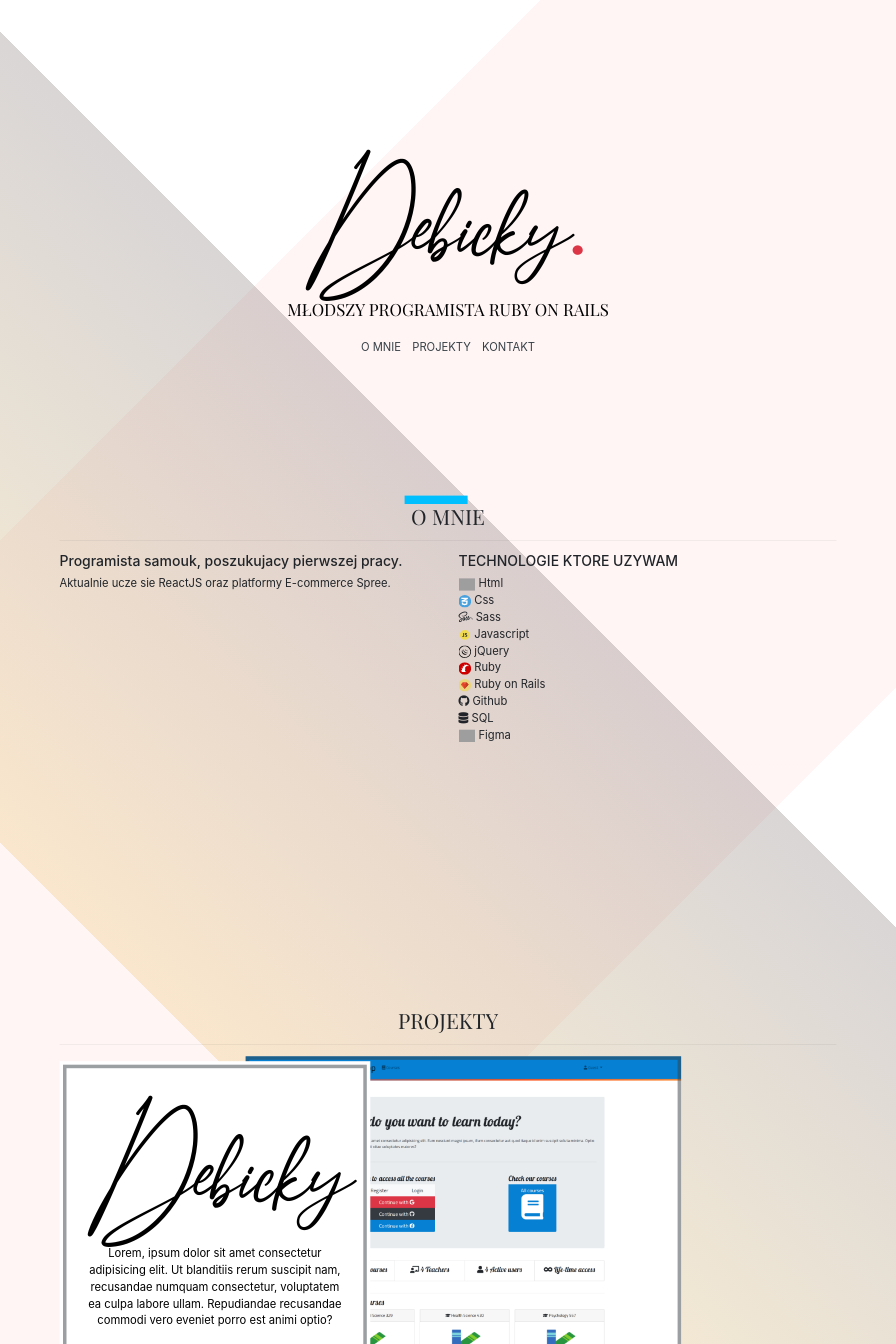
Repository: debicky/debicky.github.io
Page: index.html
The author's editor kept a copy of each file at every save. The page is drawn from the files as they stood at one save, then again after the next save.
The browser window is 1280 px wide. The pictures show the part of the page from y = 0 to 1920 px (the page is 4239 px tall), at 70% of full size.
Pictures or frames that could not be fetched are drawn as grey boxes. Some web libraries are served in a nearby version.

Above is the page before, as saved 2020-06-14 12:40:49.

### index.html
<!DOCTYPE html>
<html lang="en">
<head>
  <meta charset="UTF-8">
  <meta name="viewport" content="width=device-width, initial-scale=1.0">
  <title>Debicky</title>
  <link rel="stylesheet" href="https://stackpath.bootstrapcdn.com/bootstrap/4.5.0/css/bootstrap.min.css" integrity="sha384-9aIt2nRpC12Uk9gS9baDl411NQApFmC26EwAOH8WgZl5MYYxFfc+NcPb1dKGj7Sk" crossorigin="anonymous">
  <link rel="stylesheet" href="https://cdnjs.cloudflare.com/ajax/libs/font-awesome/5.11.2/css/all.min.css">
  <link rel="stylesheet" href="styles.css">
</head>
<body>


  <header>
    <a href="index.html">
      <div class="signature">
        <h5 class="signature-heading ">Debicky<span class="text-danger font-weight-bolder">.</span></h5>
        <h3 class="signature-subheading">Młodszy Programista Ruby on Rails</h3>
      </div>
    </a>

    <div class="container">
      <nav class="navbar navbar-expand-md p-0 rounded">
        <button class="navbar-toggler" type="button" data-toggle="collapse" data-target="#navbarSupportedContent" aria-controls="navbarSupportedContent" aria-expanded="false" aria-label="Toggle navigation">
          <i class="fas fa-bars"></i>
          <i class="fas fa-times"></i>
        </button>

        <div class="collapse navbar-collapse d-md-flex justify-content-center" id="navbarSupportedContent">
          <ul class="navbar-nav">
            <li class="nav-item">
              <a class="nav-link" href="#">O mnie</a>
            </li>
            <li class="nav-item">
              <a class="nav-link" href="#">Projekty</a>
            </li>
            <li class="nav-item">
              <a class="nav-link" href="#">Kontakt</a>
            </li>
          </ul>
        </div>
      </nav>
    </div>
  </header>

  <section class="about" id="about">
    <div class="container">
      <h1 class="text-center"><span>o mnie</span></h1>
      <hr>

      <div class="row">
        <div class="col-12 col-md-6 col-lg-6 mb-5 mb-md-0">
          <h5>
            Programista samouk, poszukujacy pierwszej pracy.
          </h5>
          Aktualnie ucze sie ReactJS oraz platformy E-commerce Spree.
        </div>
        <div class="col-12 col-md-6 col-lg-6 mb-5 mb-md-0">
          <h5 class="text-uppercase">Technologie ktore uzywam</h5>
            <ul class="list-unstyled">
              <li>
                <img src="/images/icons/html.svg" alt=""> Html
              </li>
              <li>
                <img src="/images/icons/css.svg" alt=""> Css
              </li>
              <li>
                <i class="fab fa-sass"></i> Sass
              </li>
              <li>
                <img src="/images/icons/js.svg" alt=""> Javascript
              </li>
              <li>
                <img src="/images/icons/jquery.svg" alt=""> jQuery
              </li>
              <li>
                <img src="/images/icons/ror.svg" alt=""> Ruby
              </li>
              <li>
                <img src="/images/icons/ruby.svg" alt=""> Ruby on Rails
              </li>
              <li>
                <i class="fab fa-github"></i> Github
              </li>
              <li>
                <i class="fas fa-database"></i> SQL
              </li>
              <li>
                <img src="/images/icons/figma.svg" alt=""> Figma
              </li>

            </ul>
        </div>
        </div>
      </div>

    </div>
  </section>




  <section class="projects" id="projects">
    <div class="container">
      <h1 class="text-center">Projekty</h1>
      <hr>

      <div class="project-1">
        <div class="about-content">
          <div class="about-description">
            <div class="signature">
              <h5 class="signature-heading">Debicky</h5>
              <p>Lorem, ipsum dolor sit amet consectetur adipisicing elit. Ut blanditiis rerum suscipit nam, recusandae numquam consectetur, voluptatem ea culpa labore ullam. Repudiandae recusandae commodi vero eveniet porro est animi optio?</p>
            </div>
          </div>
          <div class="about-image">
            <a href="/images/1.jpeg">
              <img src="/images/course.png" alt="img1">
            </a>
          </div>
        </div>
      </div>
      <div class="project-1">
        <div class="about-content">
          <div class="about-description">
            <div class="signature">
              <h5 class="signature-heading">Debicky</h5>
              <p>Lorem, ipsum dolor sit amet consectetur adipisicing elit. Ut blanditiis rerum suscipit nam, recusandae numquam consectetur, voluptatem ea culpa labore ullam. Repudiandae recusandae commodi vero eveniet porro est animi optio?</p>
            </div>
          </div>
          <div class="about-image">
            <a href="/images/1.jpeg">
              <img src="/images/blog.png" alt="img1">
            </a>
          </div>
        </div>
      </div>
      <div class="project-1">
        <div class="about-content">
          <div class="about-description">
            <div class="signature">
              <h5 class="signature-heading">Debicky</h5>
              <p>Lorem, ipsum dolor sit amet consectetur adipisicing elit. Ut blanditiis rerum suscipit nam, recusandae numquam consectetur, voluptatem ea culpa labore ullam. Repudiandae recusandae commodi vero eveniet porro est animi optio?</p>
            </div>
          </div>
          <div class="about-image">
            <a href="/images/1.jpeg">
              <img src="/images/shop.png" alt="img1">
            </a>
          </div>
        </div>
      </div>

    </div>
  </section>

  <section class="contact" id="contact">
    <div class="container">
      <h1 class="text-center">Kontakt</h1>
      <hr>

      <div class="row">
        <div class="col-12 col-md-6 col-lg-6 mb-5 mb-md-0">
          <div class="jumbotron">
            Potrzebujesz wiecej informacji?
            Wyslij mi wiadomosc e-mail lub skontaktuj sie przez Messenger!
          </div>
        </div>
        <div class="col-12 col-md-6 col-lg-6 mb-5 mb-md-0">
          <div class="jumbotron">SECOND</div>
        </div>
      </div>
    </div>
  </section>


  <footer class="py-5" id="footer">
    <div class="container">
      <div class="row">
        <div class="col-12 col-md-5 col-lg-4 mb-5 mb-md-0">
          <a href="index.html">
            <div class="signature-footer">
              <h5 class="signature-footer-heading">Debicky<span class="text-danger font-weight-bolder">.</span></h5>
              <h3 class="signature-footer-subhead">Programista Ruby on Rails</h3>
            </div>
          </a>
          <small class="d-block mt-2 text-muted">&copy; 2020</small>
        </div>
        <div class="col-12 col-md-5 col-lg-4 mb-5 mb-md-0">
          <h5 class="text-uppercase">Media</h5>
            <ul class="list-unstyled mb-0">
              <li>
                <a href="https://www.facebook.com/artur.debicki.5" class="text-muted"><i class="fab fa-facebook"></i> Facebook</a>
              </li>
              <li>
                <a href="https://www.instagram.com/debicky" class="text-muted"><i class="fab fa-instagram"></i> Instagram</a>
              </li>
              <li>
                <a href="https://github.com/debicky" class="text-muted"><i class="fab fa-github"></i> Github</a>
              </li>
            </ul>
        </div>
        <div class="col-12 col-md-5 col-lg-4">
          <h5 class="text-uppercase">Kontakt</h5>
            <ul class="list-unstyled mb-0">
              <li>
                <a href="mailto:arturd444@gmail.com" class="text-muted"><i class="fas fa-envelope"></i> arturd444@gmail.com</a>
              </li>
              <li>
                <p class="text-muted"><i class="fa fa-phone"></i> +48 692 138 221</p>
              </li>
            </ul>
        </div>
      </div>
    </div>
  </footer>



  <script src="https://code.jquery.com/jquery-3.5.1.slim.min.js" integrity="sha384-DfXdz2htPH0lsSSs5nCTpuj/zy4C+OGpamoFVy38MVBnE+IbbVYUew+OrCXaRkfj" crossorigin="anonymous"></script>
  <script src="https://cdn.jsdelivr.net/npm/popper.js@1.16.0/dist/umd/popper.min.js" integrity="sha384-Q6E9RHvbIyZFJoft+2mJbHaEWldlvI9IOYy5n3zV9zzTtmI3UksdQRVvoxMfooAo" crossorigin="anonymous"></script>
  <script src="https://stackpath.bootstrapcdn.com/bootstrap/4.5.0/js/bootstrap.min.js" integrity="sha384-OgVRvuATP1z7JjHLkuOU7Xw704+h835Lr+6QL9UvYjZE3Ipu6Tp75j7Bh/kR0JKI" crossorigin="anonymous"></script>
  <script src="https://unpkg.com/aos@next/dist/aos.js"></script>
  <script src="script.js"></script>

</body>
</html>

### styles.css
@import url('https://fonts.googleapis.com/css?family=Playfair+Display+SC|Roboto:300,400&display=swap');

@font-face {
  font-family: "AmostelySignature";
  src: url("/fonts/AmostelySignature.ttf");
  }


* {
  margin: 0;
  padding: 0;
  box-sizing: border-box;
}

body {
  background-image: linear-gradient(45deg, transparent 0%, transparent 55%,rgba(238, 202, 125, 0.336) 55%, rgba(83, 67, 67, 0.219) 76%,transparent 76%, transparent 100%),linear-gradient(135deg, transparent 0%, transparent 14%,rgba(255,1,1, 0.04) 14%, rgba(255,1,1, 0.04) 41%,transparent 41%, transparent 100%),linear-gradient(45deg, transparent 0%, transparent 2%,rgba(255,1,1, 0.04) 2%, rgba(255,1,1, 0.04) 18%,transparent 18%, transparent 100%),linear-gradient(135deg, transparent 0%, transparent 61%,rgba(255,1,1, 0.04) 61%, rgba(255,1,1, 0.04) 71%,transparent 71%, transparent 100%),linear-gradient(90deg, rgb(255,255,255),rgb(255,255,255));
}

html {
  font-family: "Roboto", sans-serif;
}

a:hover {
  text-decoration: none;;
}

/* Heading */

header{
  height: 100vh;
  width: 100%;
  display: flex;
  flex-direction: column;
  align-items: center;
  justify-content: center;

}

.signature{
  color: black;
  text-align: center;
  user-select: none;
}

.signature-heading{
  font-family: 'AmostelySignature', cursive;
  font-size: 10rem;
  margin-bottom: 30px;
}

.signature-subheading{
  font-family: 'Playfair Display SC', sans-serif;
  font-size: 1.5rem;
  text-transform: uppercase;
  margin-bottom: 20px;
}

/* Navbar */

.navbar{
  background-color: #384147;
}

.navbar-toggler i{
  color: #fff;
  font-size: 1.2rem;
}

.navbar-toggler .fa-times{
  display: none;
}

.navbar-toggler.menu-open  .fa-bars{
  display: none;
}

.navbar-toggler.menu-open  .fa-times{
  display: block;
}

.navbar-nav{
  padding: 20px;
}

.nav-link{
  color: #fff;
  text-transform: uppercase;
  transition: opacity .5s;
  font-size: 1rem;
}

.nav-link:hover{
  color: maroon;
}

/* About */

.about{
  height: 100vh;
}

.about h1::before {
  content: ' ';
  position: absolute;
  width: 3em;
  background: #00BFFF;
  height: .4em;
  bottom: 0;
  z-index: -1;
  margin-left: -.3em;
}

.about img{
height: 18px;
}

.about-description{
  width: 100%;
  background-color: #fff;
  padding: 40px;
  outline: 5px solid rgba(56, 65, 71, 0.5);
  outline-offset: -5px;
  order: 1;
  margin-top: 5px;
}

.about-image{
  order: 2;
}

.about-image img{
  outline: 5px solid rgba(56, 65, 71, 0.5);
  outline-offset: -5px;
  width: 100%;
  height: auto;
  display: block;
}

.about-image a::after{
  font-family: 'Font Awesome 5 Free';
  content: "\f35d";
  font-weight: 600;
  position: absolute;
  top: 50%;
  left: 50%;
  transform: translate(-50%, -50%);
  color: maroon;
  font-size: 25px;
  z-index: 101;
  width: 70px;
  height: 70px;
  border: 3px solid maroon;
  border-radius: 100%;
  display: flex;
  align-items: center;
  justify-content: center;
  opacity: 0;
  transition: opacity .5s;
}

.about-image a:hover::after{
  opacity: .7;
}


/* Projects */

section h1{
  font-family: 'Playfair Display SC', sans-serif;
  font-size: 30px;
  text-transform: uppercase;
}


/* Contact */

.contact{
  height: 80vh;
}


.jumbotron{
  width: 100%;
  display: flex;
  align-items: center;
  justify-content: center;
}

/* Footer */


footer {
  background-color: #151515;
  color: #fff;
}

.signature-footer-heading{
  font-family: 'AmostelySignature', cursive;
  font-size: 50px;
  margin-bottom: 30px;
  color: #fff;
}

.signature-footer-subhead{
  font-family: 'Playfair Display SC', sans-serif;
  font-size: 12px;
  text-transform: uppercase;
  color: #fff;
}

footer h5{
  font-family: 'Playfair Display SC', sans-serif;

}


a.text-muted:hover{
  color: maroon !important;
}


/* Responsive */

@media screen and (min-width: 768px) {
  .navbar{
    background-color: transparent;
  }
  .navbar-nav{
    padding: 0;
  }
  .nav-link{
    color: #384147;
  }

  nav:hover .nav-link:not(:hover){
    opacity: .5;
  }

  .about-content{
    position: relative;
    display: block;
  }

  .about-description{
    position: absolute;
    top: 80%;
    transform: translateY(-50%);
    width: 60%;
    outline-offset: -10px;
  }

  .about-image img{
    width: 70%;
    margin-left: auto;
  }
}

@media screen and (min-width: 1200px) {
  .about-description{
    top: 50%;
    width: 40%;
  }

  .about-image{
    width: 80%;
  }


}

.project-1{
  margin-bottom: 200px;
}

### script.js
AOS.init();


$('.navbar-toggler').on('click', function () {
  $(this).toggleClass('menu-open')
})

After the next save:
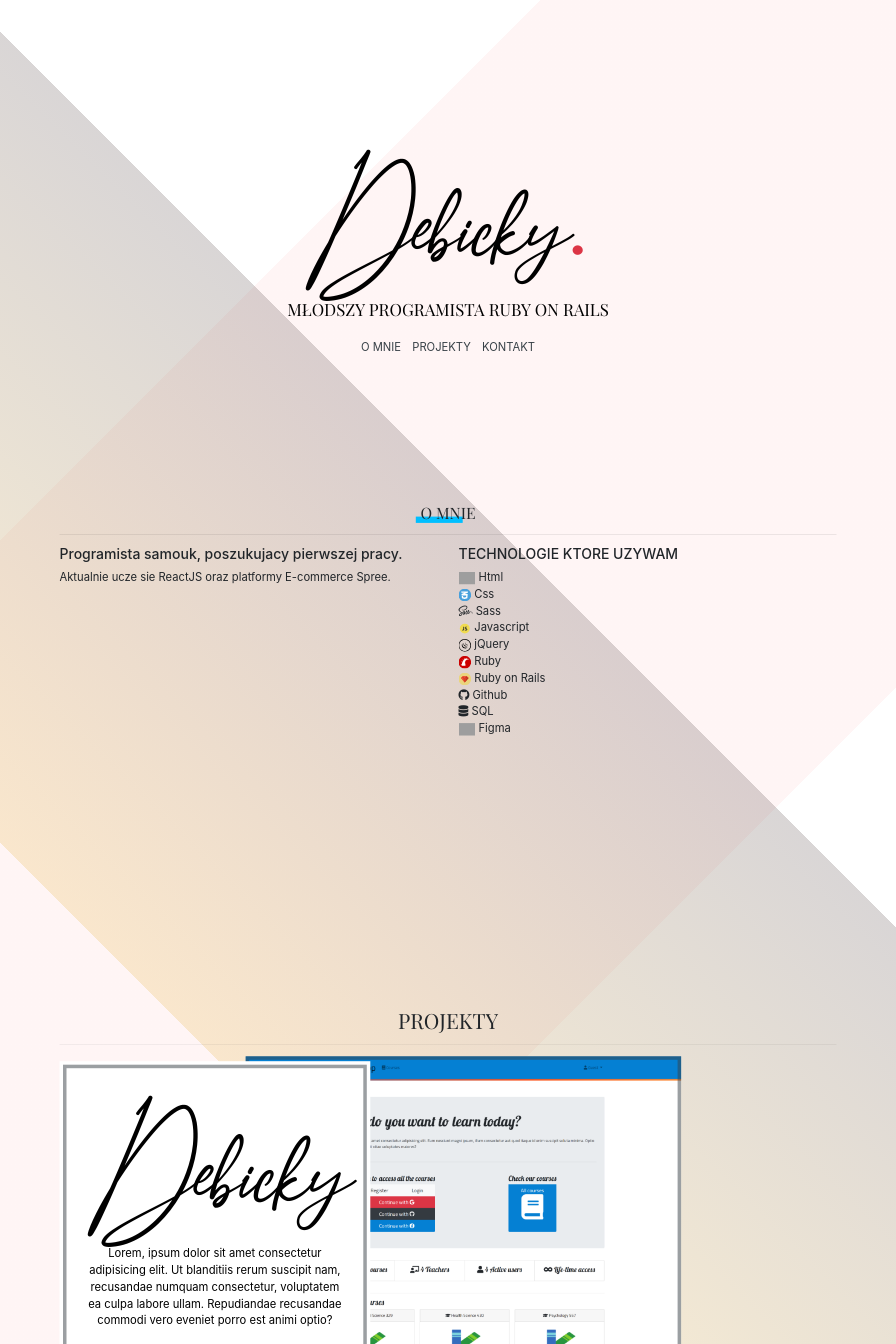
Saved 14 s later.
--- a/styles.css
+++ b/styles.css
@@ -99,7 +99,15 @@ header{
   height: 100vh;
 }
 
-.about h1::before {
+h1 span {
+  text-transform: uppercase;
+  display: block;
+  font-size: 1.4rem;
+  position: relative;
+  z-index: 1;
+}
+
+h1 span::before {
   content: ' ';
   position: absolute;
   width: 3em;

After the 3 saves that followed:
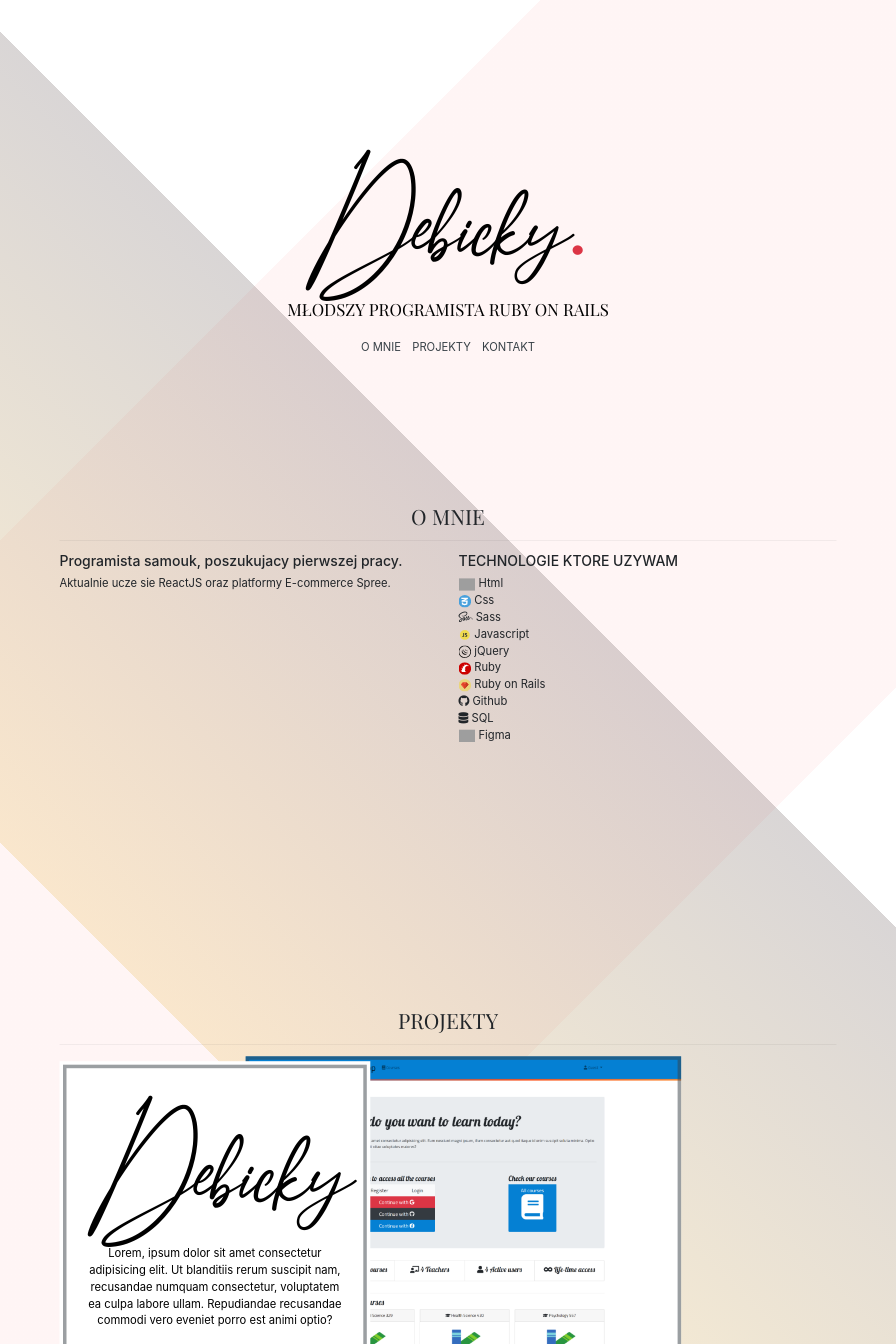
The 3 saves are shown as one change because 2 left the picture as it was.
The last was saved 28 s later.
--- a/index.html
+++ b/index.html
@@ -45,7 +45,7 @@
 
   <section class="about" id="about">
     <div class="container">
-      <h1 class="text-center"><span>o mnie</span></h1>
+      <h1 class="text-center">O mnie</h1>
       <hr>
 
       <div class="row">
--- a/styles.css
+++ b/styles.css
@@ -99,7 +99,7 @@ header{
   height: 100vh;
 }
 
-h1 span {
+.about h1 span {
   text-transform: uppercase;
   display: block;
   font-size: 1.4rem;
@@ -107,7 +107,7 @@ h1 span {
   z-index: 1;
 }
 
-h1 span::before {
+.about h1 span::before {
   content: ' ';
   position: absolute;
   width: 3em;
